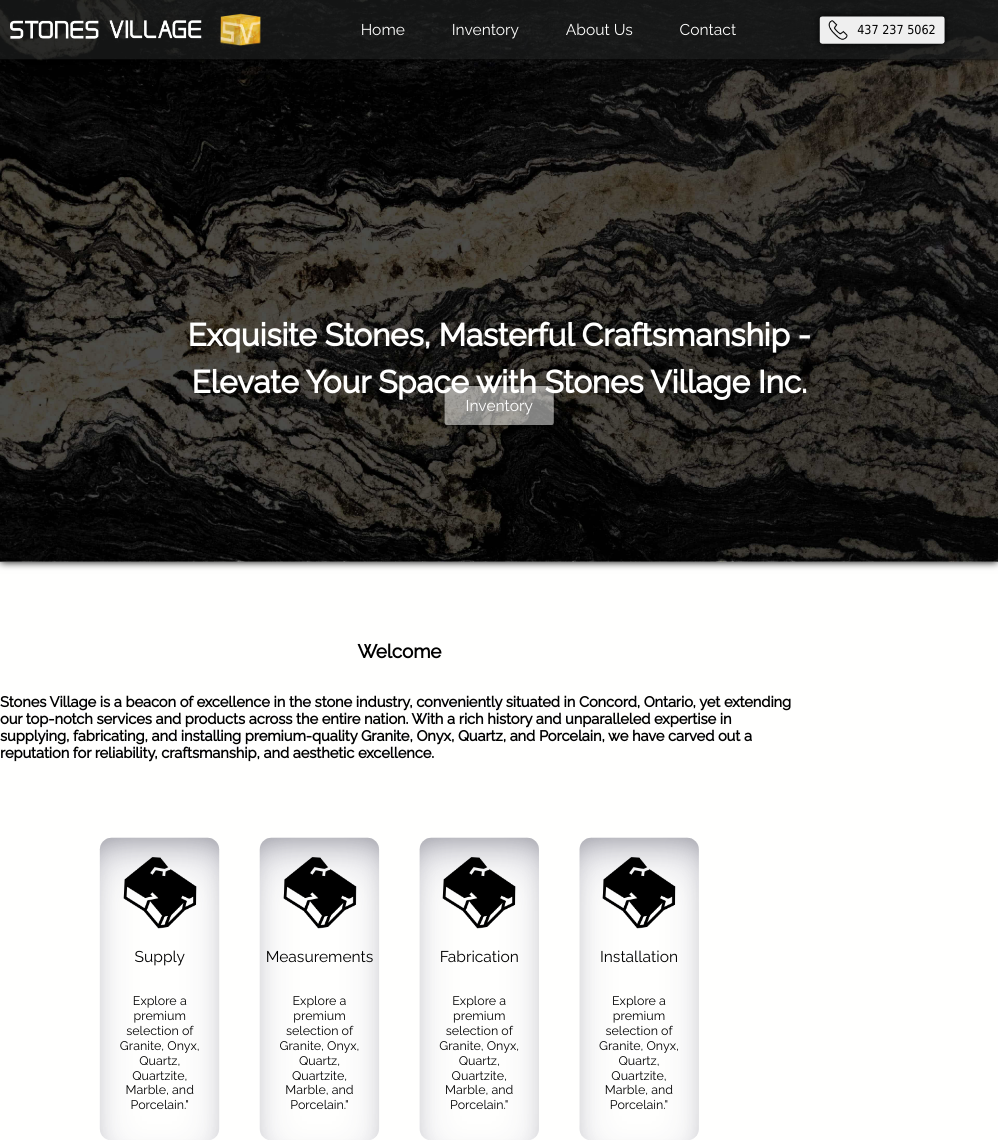
Repository: shayanabedi98/Stones-Village
Page: index.html
The author's editor kept a copy of each file at every save. The page is drawn from the files as they stood at one save, then again after the next save.
The browser window is 1280 px wide. The pictures show the whole page, at 78% of full size.
Backgrounds fixed to the window are drawn as part of the page.

Above is the page before, as saved 2023-10-22 16:51:44.

After the next save:
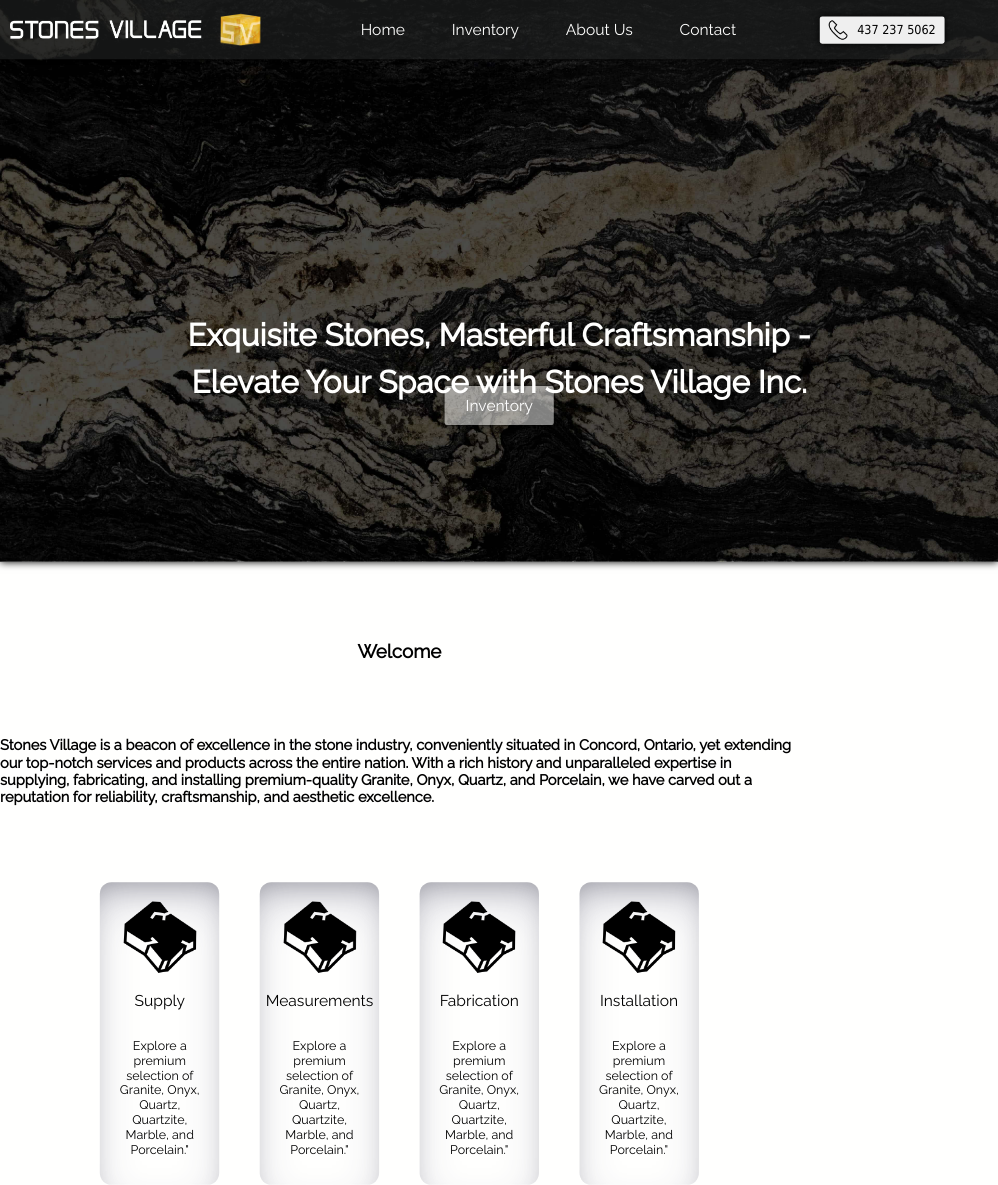
Saved 20 s later.
--- a/styles.css
+++ b/styles.css
@@ -157,6 +157,7 @@ body {
 
 .services-container {
     display: grid;
+    grid-template-rows: 1fr 1fr;
     width: 80%;
     justify-items: center;
     margin-top: 80px;
